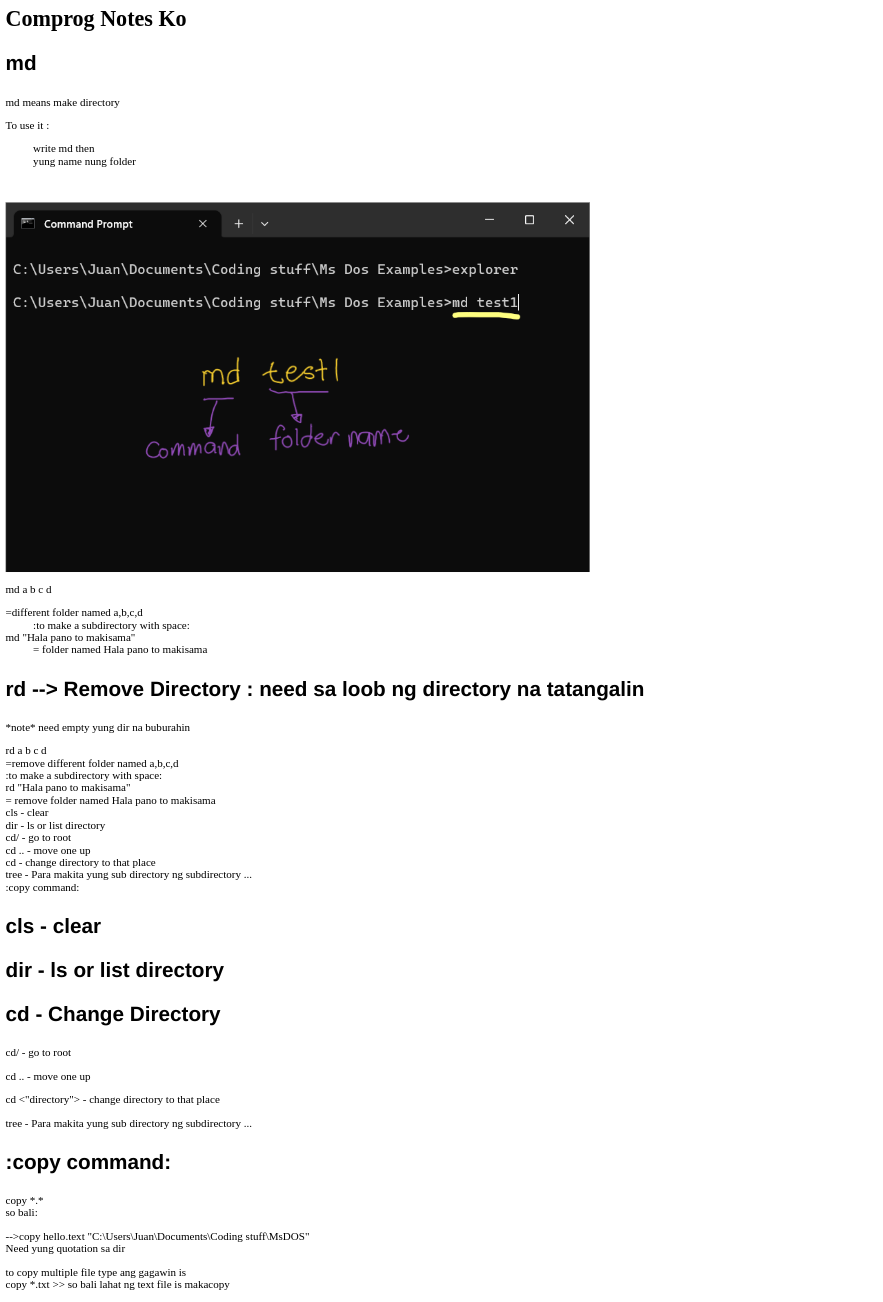
Repository: zwainer/Comprog
Page: index.html
The author's editor kept a copy of each file at every save. The page is drawn from the files as they stood at one save, then again after a run of saves.
The browser window is 1280 px wide. The pictures show the whole page, at 69% of full size.

Above is the page before, as saved 2023-05-05 22:31:40.

After the next 2 saves:
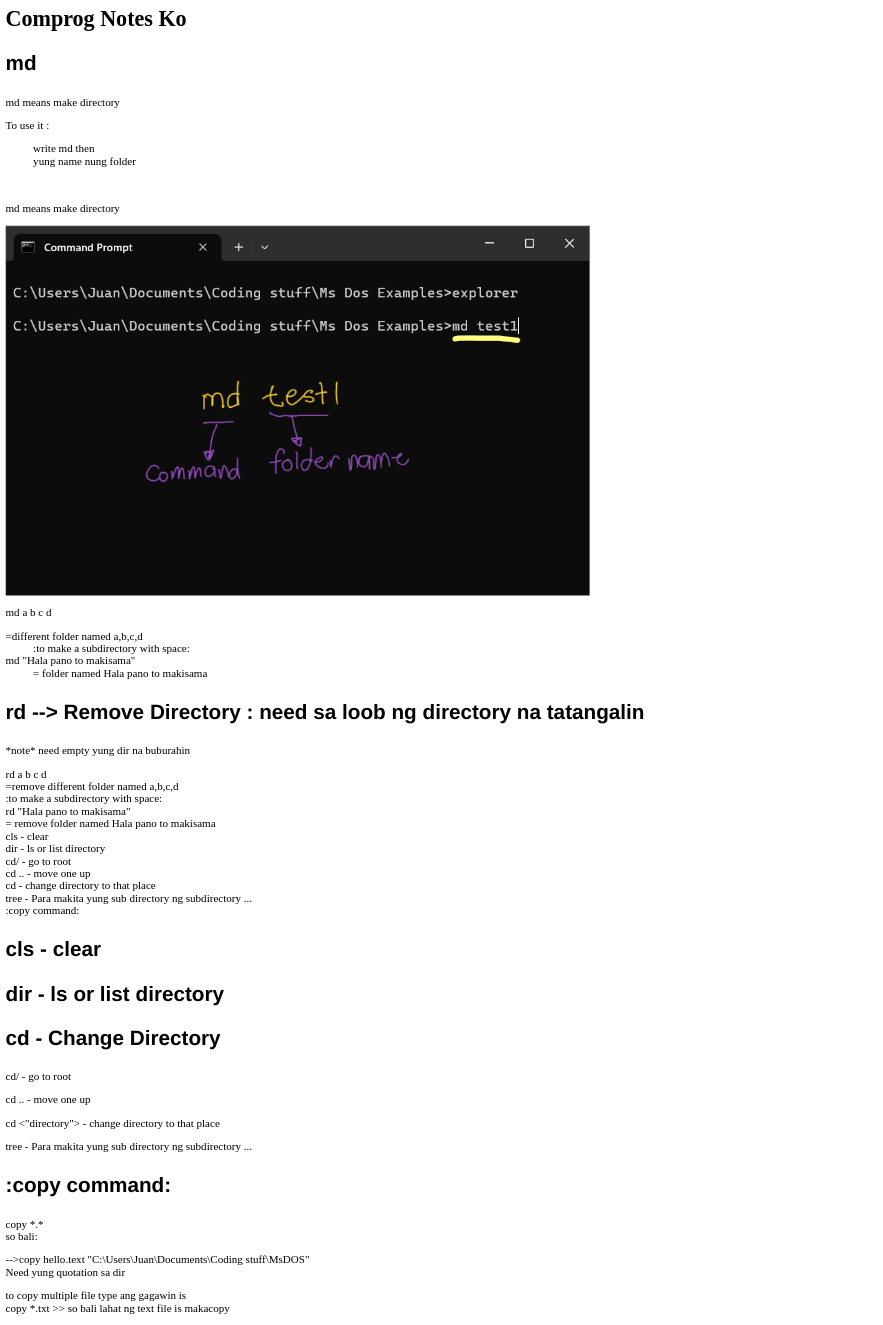
The 2 saves are shown as one change because they came seconds apart.
The last was saved 10 s later.
--- a/index.html
+++ b/index.html
@@ -25,6 +25,9 @@
 		</dl>
 
 	<br/>
+	</p>
+
+	<p>md means make directory <br/>
 	</p>
 
 	<img src="pictures/1_1.png">

After the 2 saves that followed:
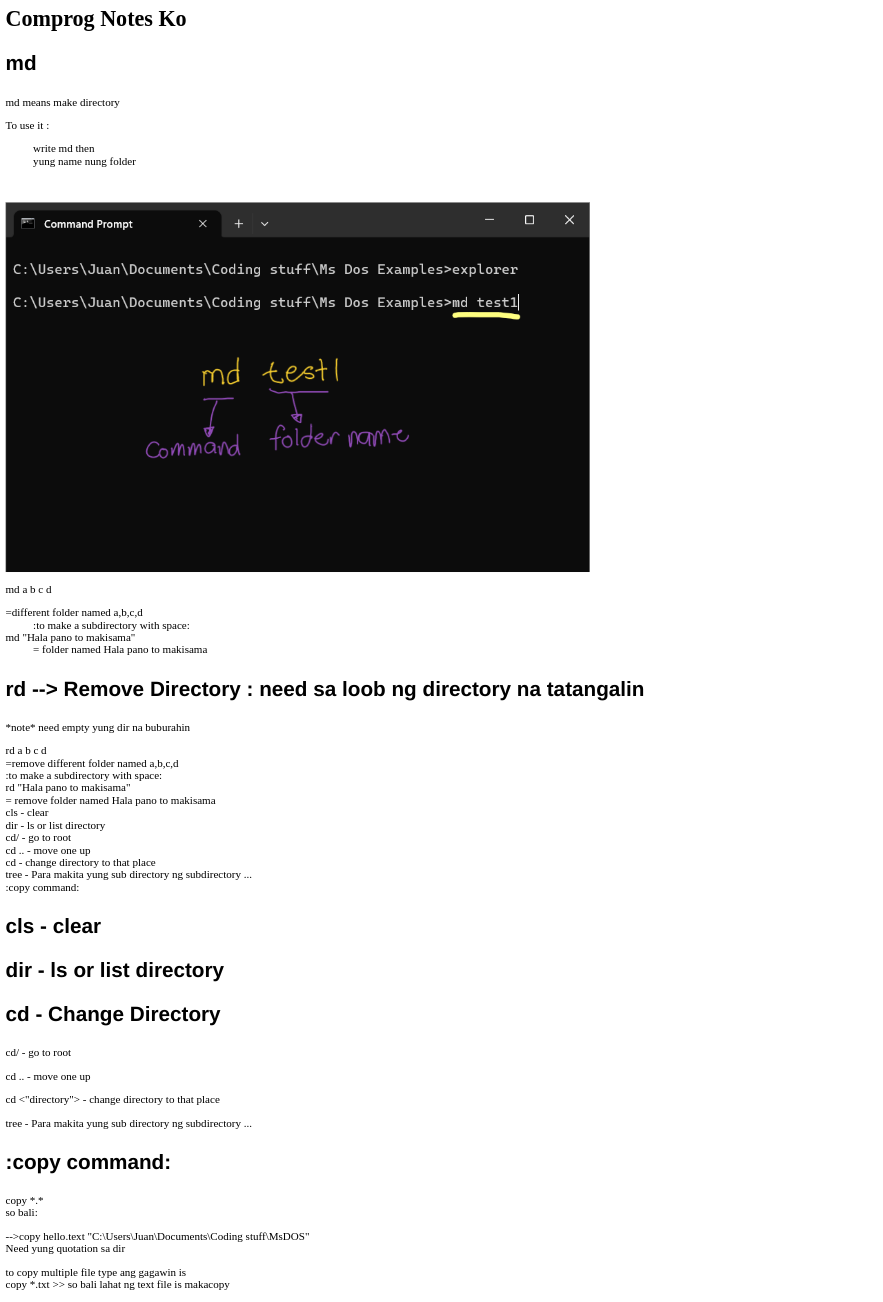
The 2 saves are shown as one change because they came seconds apart.
The last was saved 12 s later.
--- a/index.html
+++ b/index.html
@@ -27,7 +27,7 @@
 	<br/>
 	</p>
 
-	<p>md means make directory <br/>
+
 	</p>
 
 	<img src="pictures/1_1.png">
